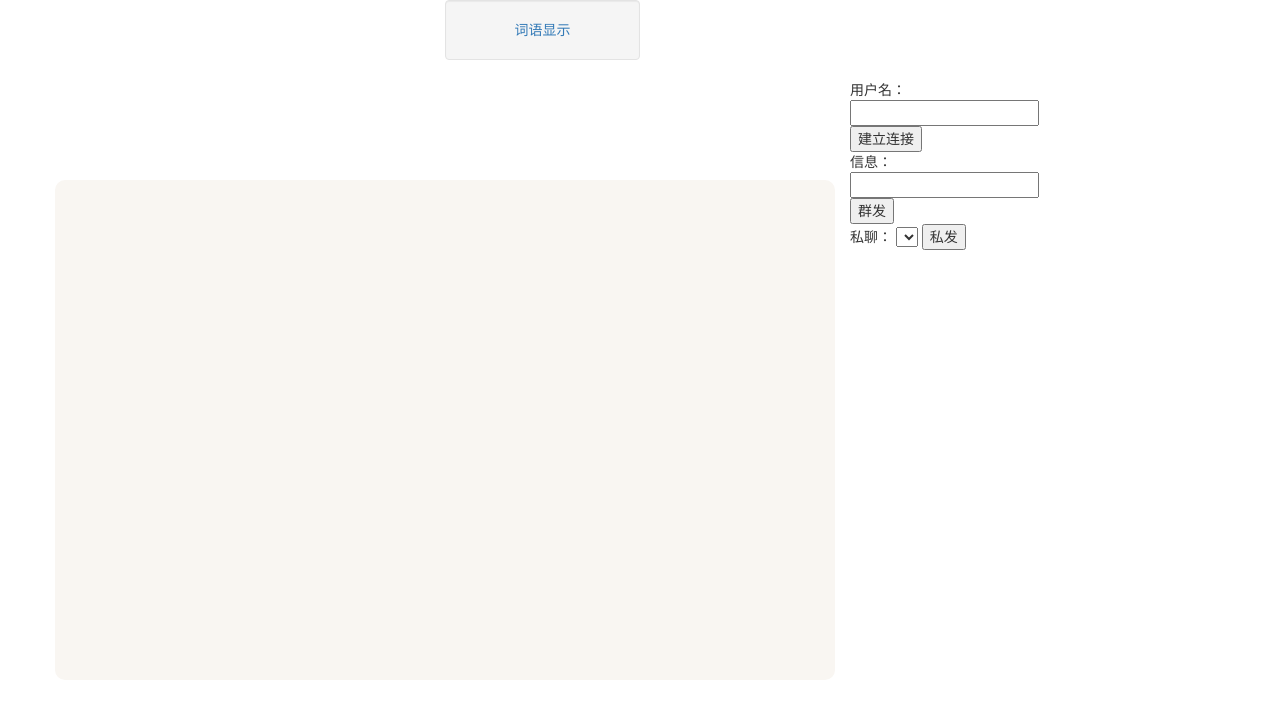
Repository: eheihaha2/whoisthespy-
Page: webDemo/WebContent/room.html
These files come from the project's save history. The page is drawn as it stood at one moment and after the next save; the edit follows.
The browser window is 1280 px wide. The pictures show the whole page.

Above is the page before, as saved 2020-02-26 01:48:36.

### webDemo/WebContent/room.html
<!DOCTYPE html>
<html>
<head>
	<script type="text/javascript" src="js/jquery-1.11.0.min.js"></script>
<script type="text/javascript" src="js/bootstrap.js"></script>
<link rel="stylesheet" href="css/bootstrap.css">
<style type="text/css">
	.show{
			margin-right:0;
			background-color:#f9f6f2;
			height: 500px;
			margin-top:100px;
			border-radius: 10px;
		}
}
</style>
	<title></title>
</head>
<body>
	<div class="container">
	<div class="row">
		<div class="well text-center text-primary col-md-2 	col-sm-2 col-md-offset-4">词语显示</div>
	</div>
		<div class="row">
			<div class="col-md-8 col-sm-8 show">
				<div class="info">
				<span class="name"></span>
				<span class="msg"></span>
				</div>
      			<h4 class="userinfo"></h4>
     		</div>
     		<div class="col-md-2 col-sm-2 mss">
			<span>用户名：</span>
      		<input type="text" name="username"/>
     		<button id="connBtn">建立连接</button><br />
			<span>信息：</span>
     		<input type="text" name="info"/>
      		<button id="subBtnAll">群发</button><br />
			<span>私聊：</span>
     		<select id="userList">
			</select>
			<button id="subBtn">私发</button>
			</div>
		</div>
	</div>
</body>
<script type="text/javascript">
	var ws=null;
	var username=null;
	var url="ws://localhost:8080/webDemo/chatRoom/";
		// 后续的消息添加都是用其做二次克隆
      	var info = $(".info").clone();
		//点击建立连接的按钮
      	$("#connBtn").on("click",function(){
      		if("WebSocket" in window){
      			username = $("input[name='username']").val();
      			ws = new WebSocket(url+username);
      			//有了webSocket连接对象之后，我就开始监听消息
      			//服务器端的所有消息都会来到这
      			ws.onmessage = function(evt){
      				var received_msg = evt.data;
      				var jsonReceive_msg = JSON.parse(received_msg);
      				var head = jsonReceive_msg.head;//获得服务器数据，解析数据获得数据类型
      				var data =jsonReceive_msg.data;//真正的data所在
      				switch (head) {
      					case "sendAll":
      					sendAll(data);
      						break;
      					case "sendTo":
      					sendTo(data);
      						break;
      					case "onLine":
      					onLine(data);
      						break;
      					case "userList":
      					userList(data);
      						break;
      					default:
      						break;
      				}
      			}
      		}else{
      			alert("您的浏览器不支持 WebSocket!");
      		}
      	})

      	//细节定义每种功能的数据接口
      	//构建JSON格式发送给服务器：{from:来自谁,msg:消息本身}
      	function sendAll(data){
      		var infoDiv = info.clone();//这个就是我要渲染的dom节点
      		//用于把从服务器端获得的JSON字符串的data解析为原生JS值
      		//var jsonData=JSON.parse(data);
      		infoDiv.find(".name").text("来自于："+data.from+"(群发)");
      		infoDiv.find(".msg").text(data.msg);
      		$(".info").parent().append(infoDiv);
      	}
      	// 构建JSON格式发送给服务器：{from:来自谁,msg:消息本身}
      	function sendTo(data){
      		var infoDiv = info.clone();//这个就是我要渲染的dom节点
      		infoDiv.find(".name").text("来自于："+data.from+"(私发)");
      		infoDiv.find(".msg").text(data.msg);
      		$(".info").parent().append(infoDiv);
      	}
      	// 构建JSON格式发送给服务器：{name:上线人姓名}
      	function onLine(data){
      	//$(".userinfo").empty();
      	console.log(data);
      	$(".userinfo").append("【"+data.name+"上线了】");
      	}
      	// 构建JSON格式发送给服务器：[用户1,用户2]
      	function userList(data){
      		$("#userList").empty();
      		var jsonData=JSON.parse(data);
      		$("#userList").append("<option>请选择</option>");
      		$.each(jsonData,function(index,item){
      			$("#userList").append("<option value="+item+">"+item+"</option>");
      		})
      	}

      	//点击群发按钮
      	$("#subBtnAll").on("click",function(){
      		//var sentName = $("input[name='username']").val();
      		var msg = $("input[name='info']").val();
      		console.log(msg);
      		var jsonMsg={
      			"head":"sendAll",
      			"data":msg
      			//"from":sentName,
      			//"msg":msg
      		}
      		console.log(jsonMsg);
      		//var subAllEnd =JSON.stringify(jsonMsg);
      		ws.send(JSON.stringify(jsonMsg));
      	})
      	//点击私发按钮
      	$("#subBtn").on("click",function(){
      		var msg=$("input[name=info]").val();
      		var toUser=$("#userList").val();
      		console.log(toUser);
      		var jsonMsg={
      			"head":"sendTo",
      			"data":{
      				"to":toUser,
      				"msg":msg
      			}
      		}
      		console.log(jsonMsg);
      		ws.send(JSON.stringify(jsonMsg));
      	})
</script>
</html>

Loaded but not shown: webDemo/WebContent/js/jquery-1.11.0.min.js (library); webDemo/WebContent/js/bootstrap.js (library); webDemo/WebContent/css/bootstrap.css (library)

After the next save:
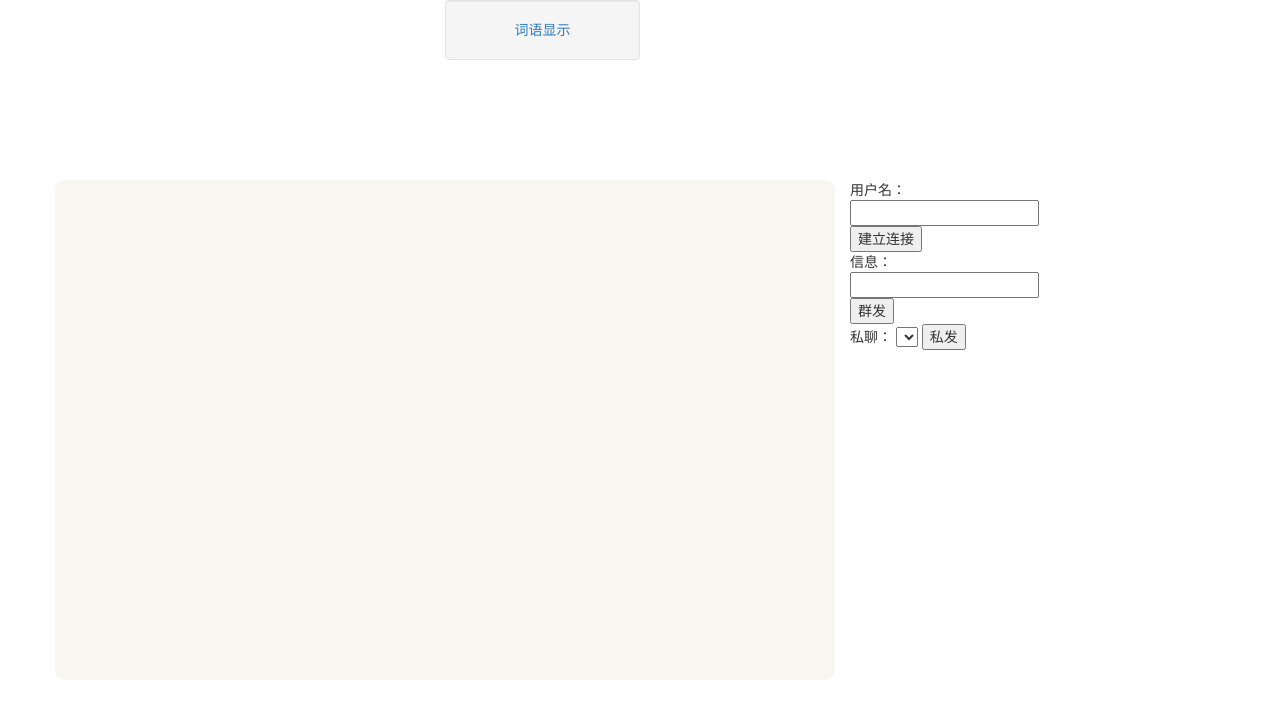
Saved 40 s later.
--- a/webDemo/WebContent/room.html
+++ b/webDemo/WebContent/room.html
@@ -9,6 +9,11 @@
 			margin-right:0;
 			background-color:#f9f6f2;
 			height: 500px;
+			margin-top:100px;
+			border-radius: 10px;
+		}
+		.mss{
+			margin-right:0;
 			margin-top:100px;
 			border-radius: 10px;
 		}
